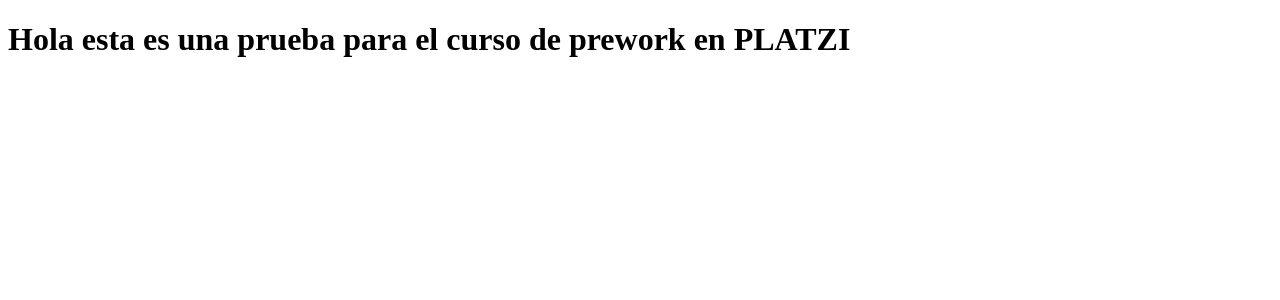
Repository: Frankesteban/Proyecto-Ing
Page: web.html
The author's editor kept a copy of each file at every save. The page is drawn from the files as they stood at one save, then again after the next save.
The browser window is 1280 px wide. The pictures show the whole page.

Above is the page before, as saved 2023-05-05 15:23:44.

### web.html
<!DOCTYPE html>
<html lang="en">
<head>
    <meta charset="UTF-8">
    <meta http-equiv="X-UA-Compatible" content="IE=edge">
    <meta name="viewport" content="width=device-width, initial-scale=1.0">
    <title>Blog Prueba</title>
</head>
<body>
    <div>
        <h1>
            Hola esta es una prueba para el curso de prework en PLATZI
        </h1>

    </div>
</body>
</html>

After the next save:
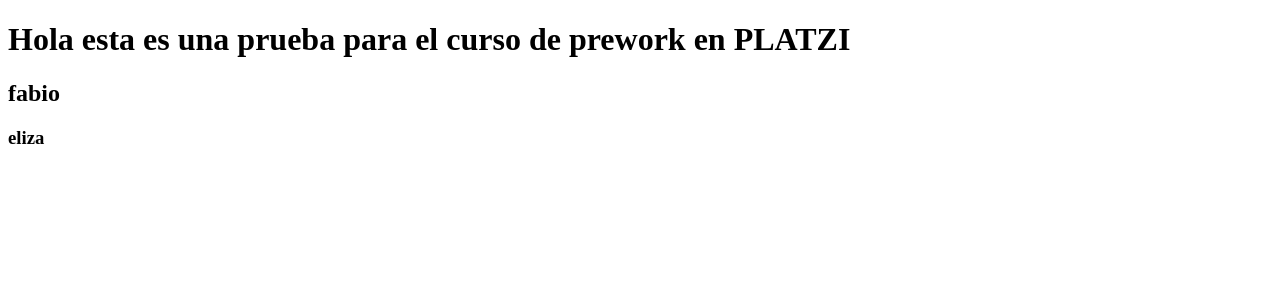
Saved 62 min 41 s later.
--- a/web.html
+++ b/web.html
@@ -12,6 +12,9 @@
             Hola esta es una prueba para el curso de prework en PLATZI
         </h1>
 
+        <h2>fabio</h2>
+        <h3>eliza</h3>
+
     </div>
 </body>
 </html>
